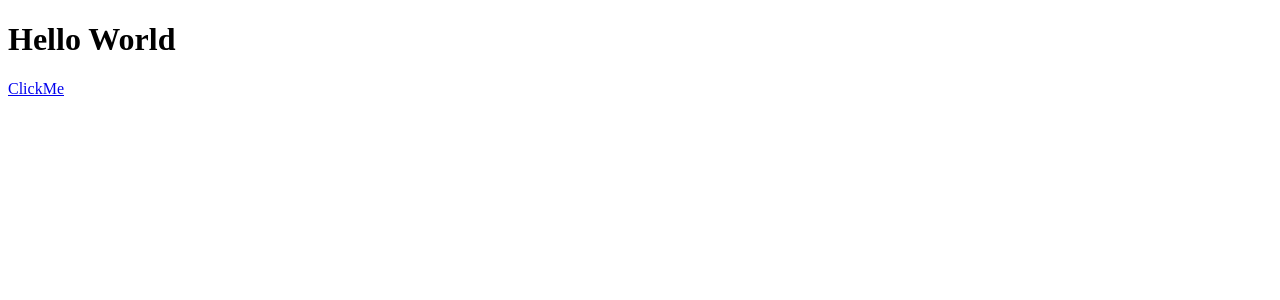
Repository: malhotratanmay98/jsp-servlet
Page: app1/WebContent/cal.html
An editor plug-in stored every save of this project. The page is shown before and after the next save, followed by the edit.
The browser window is 1280 px wide. The pictures show the whole page.

Above is the page before, as saved 2022-02-03 19:02:59.

After the next save:
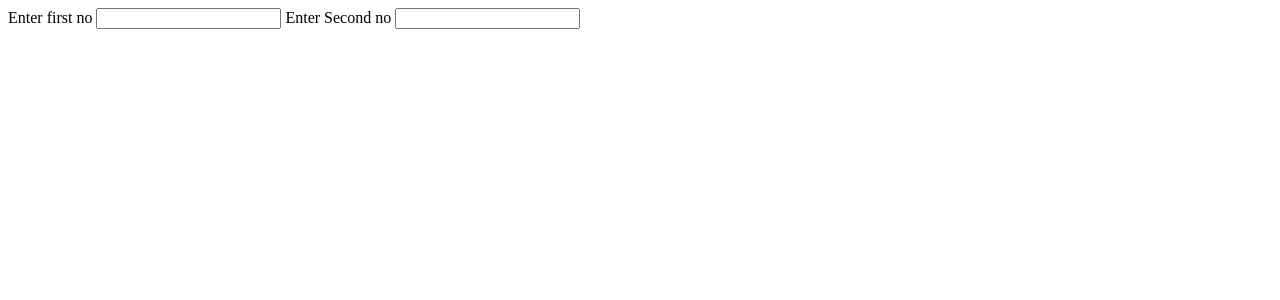
Saved 19 min 29 s later.
--- a/app1/WebContent/cal.html
+++ b/app1/WebContent/cal.html
@@ -5,7 +5,10 @@
 <title>My Calculator</title>
 </head>
 <body>
-<h1>Hello World</h1>
-<a href="HelloController">ClickMe</a>
+<form action="cal" method="get">
+
+Enter first no <input type="text" name="x">
+Enter Second no <input type="text" name="y">
+</form>
 </body>
 </html>
